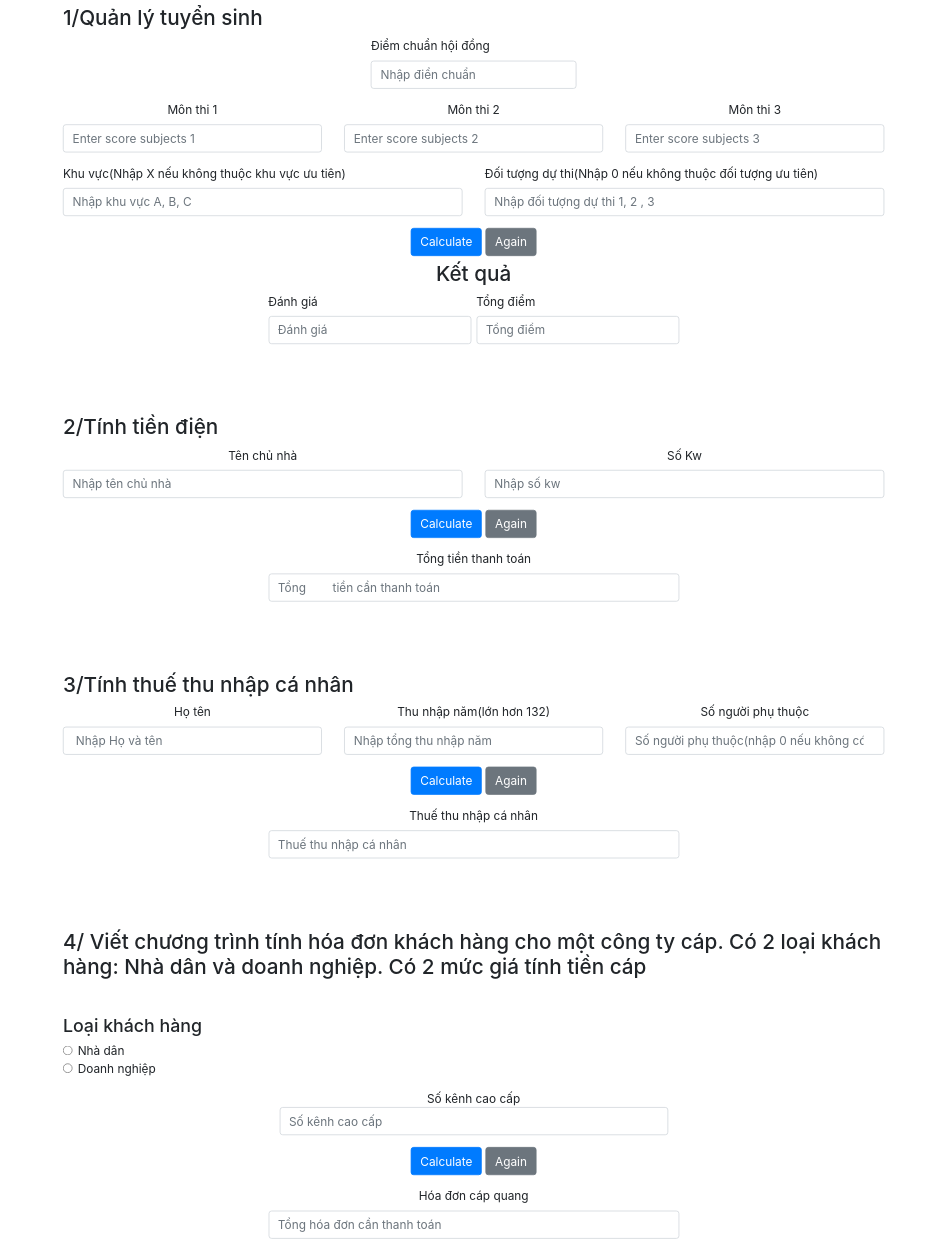
Repository: baobaodeveloper/bootcamp21__jsbasic4_HuynhAnhBao
Page: index.html
These files come from the project's save history. The page is drawn as it stood at one moment and after the next save; the edit follows.
The browser window is 1280 px wide. The pictures show the whole page, at 74% of full size.

Above is the page before, as saved 2022-03-13 23:58:06.

### index.html
<!DOCTYPE html>
<html lang="en">
  <head>
    <title>Exercise3</title>
    <!-- Required meta tags -->
    <meta charset="utf-8" />
    <meta
      name="viewport"
      content="width=device-width, initial-scale=1, shrink-to-fit=no"
    />

    <!-- Bootstrap CSS -->
    <link
      rel="stylesheet"
      href="https://stackpath.bootstrapcdn.com/bootstrap/4.3.1/css/bootstrap.min.css"
      integrity="sha384-ggOyR0iXCbMQv3Xipma34MD+dH/1fQ784/j6cY/iJTQUOhcWr7x9JvoRxT2MZw1T"
      crossorigin="anonymous"
    />
  </head>
  <body>
    <!-- 1/Quản lý tuyển sinh -->
    <div class="container mt-2">
      <h3>1/Quản lý tuyển sinh</h3>

      <div class="mb-3 w-25 m-auto">
        <label>Điểm chuẩn hội đồng</label>
        <input
          type="number"
          class="form-control"
          id="score"
          placeholder="Nhập điển chuẩn"
        />
      </div>

      <div class="row mt-3 text-center">
        <div class="col">
          <label>Môn thi 1</label>
          <input
            type="number"
            class="form-control"
            id="score1"
            placeholder="Enter score subjects 1"
          />
        </div>
        <div class="col">
          <label>Môn thi 2</label>
          <input
            type="number"
            class="form-control"
            id="score2"
            placeholder="Enter score subjects 2"
          />
        </div>
        <div class="col">
          <label>Môn thi 3</label>
          <input
            type="number"
            class="form-control"
            id="score3"
            placeholder="Enter score subjects 3"
          />
        </div>
      </div>

      <div class="row mt-3">
        <div class="col">
          <label>Khu vực(Nhập X nếu không thuộc khu vực ưu tiên)</label>
          <input
            type="text"
            class="form-control"
            placeholder="Nhập khu vực A, B, C"
            id="area"
          />
        </div>
        <div class="col">
          <label
            >Đối tượng dự thi(Nhập 0 nếu không thuộc đối tượng ưu tiên)</label
          >
          <input
            type="number"
            class="form-control"
            placeholder="Nhập đối tượng dự thi 1, 2 , 3"
            id="object"
          />
        </div>
      </div>

      <div class="text-center mt-3">
        <button type="button" class="btn btn-primary" id="scoreBtn">
          Calculate
        </button>
        <button type="button" class="btn btn-secondary" id="score-btn-again">
          Again
        </button>
      </div>

      <h3 class="text-center mt-2">Kết quả</h3>

      <div class="mb-3 w-50 d-flex m-auto justify-content-between">
        <div>
          <label>Đánh giá</label>
          <input
            type="email"
            class="form-control"
            placeholder="Đánh giá"
            id="evaluate"
          />
        </div>

        <div>
          <label>Tổng điểm</label>
          <input
            type="email"
            class="form-control"
            placeholder="Tổng điểm"
            id="total-score"
          />
        </div>
      </div>
    </div>

    <!-- 2/Tính tiền điện -->
    <div class="container mt-lg-5 pt-5">
      <h3>2/Tính tiền điện</h3>
      <div class="row text-center">
        <div class="col">
          <label class="form-label">Tên chủ nhà</label>
          <input
            type="text"
            class="form-control"
            id="host"
            placeholder="Nhập tên chủ nhà"
          />
        </div>
        <div class="col">
          <label class="form-label">Số Kw</label>
          <input
            type="number"
            id="number-kw"
            class="form-control"
            placeholder="Nhập số kw"
          />
        </div>
      </div>

      <div class="text-center mt-3">
        <button type="button" class="btn btn-primary" id="electricBill">
          Calculate
        </button>
        <button type="button" class="btn btn-secondary" id="electricbill-again">
          Again
        </button>
      </div>

      <div class="w-50 m-auto pt-3 text-center">
        <label class="form-label">Tổng tiền thanh toán</label>
        <input
          type="text"
          class="form-control"
          id="total-pay"
          placeholder="Tổng
        tiền cần thanh toán"
        />
      </div>
    </div>

    <!-- 3/Tính thuế thu nhập cá nhân -->
    <div class="container mt-lg-5 pt-5">
      <h3>3/Tính thuế thu nhập cá nhân</h3>
      <div class="row text-center">
        <div class="col">
          <label class="form-label">Họ tên</label>
          <input
            type="text"
            class="form-control"
            id="name"
            placeholder=" Nhập Họ và tên"
          />
        </div>
        <div class="col">
          <label class="form-label">Thu nhập năm(lớn hơn 132)</label>
          <input
            type="number"
            id="gross-pay"
            class="form-control"
            placeholder="Nhập tổng thu nhập năm"
          />
        </div>
        <div class="col">
          <label class="form-label">Số người phụ thuộc</label>
          <input
            type="number"
            id="number-people"
            class="form-control"
            placeholder="Số người phụ thuộc(nhập 0 nếu không có)"
          />
        </div>
      </div>

      <div class="text-center mt-3">
        <button type="button" class="btn btn-primary" id="personal-income-tax">
          Calculate
        </button>
        <button
          type="button"
          class="btn btn-secondary"
          id="personal-income-tax-again"
        >
          Again
        </button>
      </div>

      <div class="w-50 m-auto pt-3 text-center">
        <label class="form-label">Thuế thu nhập cá nhân</label>
        <input
          type="text"
          class="form-control"
          id="assessable-income"
          placeholder="Thuế thu nhập cá nhân"
        />
      </div>
    </div>

    <!-- 4/ Viết chương trình tính hóa đơn khách hàng cho một công ty cáp. Có 2 loại khách hàng:
    Nhà dân và doanh nghiệp. Có 2 mức giá tính tiền cáp-->
    <div class="container mt-5 pt-5">
      <h3>
        4/ Viết chương trình tính hóa đơn khách hàng cho một công ty cáp. Có 2
        loại khách hàng: Nhà dân và doanh nghiệp. Có 2 mức giá tính tiền cáp
      </h3>
      <h4 class="mt-5 mt-2">Loại khách hàng</h4>
      <div class="form-check">
        <input
          class="form-check-input"
          type="radio"
          name="flexRadioDefault"
          id="checkedPrivateHouse"
          value="private-house"
        />
        <label class="form-check-label" for="flexRadioDefault1">Nhà dân</label>
      </div>
      <div class="form-check">
        <input
          class="form-check-input"
          type="radio"
          name="flexRadioDefault"
          id="checkedBusiness"
          value="business"
        />
        <label class="form-check-label" for="flexRadioDefault2">
          Doanh nghiệp
        </label>
      </div>

      <div class="row pt-3 text-center w-50 m-auto">
        <div class="col d-none">
          <label class="form-check-label">Số kết nối</label>
          <input
            type="number"
            class="form-control"
            placeholder="Số kết nối"
            id="connected"
          />
        </div>
        <div class="col">
          <label class="form-check-label">Số kênh cao cấp</label>
          <input
            type="number"
            class="form-control"
            placeholder="Số kênh cao cấp"
            id="channel"
          />
        </div>
      </div>

      <div class="text-center mt-3">
        <button type="button" class="btn btn-primary" id="bill-internet-btn">
          Calculate
        </button>
        <button
          type="button"
          class="btn btn-secondary"
          id="bill-internet-btn-again"
        >
          Again
        </button>
      </div>

      <div class="w-50 m-auto pt-3 text-center">
        <label class="form-label">Hóa đơn cáp quang</label>
        <input
          type="text"
          class="form-control"
          id="bill"
          placeholder="Tổng hóa đơn cần thanh toán"
        />
      </div>
    </div>
    <!-- Optional JavaScript -->
    <!-- jQuery first, then Popper.js, then Bootstrap JS -->
    <script
      src="https://code.jquery.com/jquery-3.3.1.slim.min.js"
      integrity="sha384-q8i/X+965DzO0rT7abK41JStQIAqVgRVzpbzo5smXKp4YfRvH+8abtTE1Pi6jizo"
      crossorigin="anonymous"
    ></script>
    <script
      src="https://cdnjs.cloudflare.com/ajax/libs/popper.js/1.14.7/umd/popper.min.js"
      integrity="sha384-UO2eT0CpHqdSJQ6hJty5KVphtPhzWj9WO1clHTMGa3JDZwrnQq4sF86dIHNDz0W1"
      crossorigin="anonymous"
    ></script>
    <script
      src="https://stackpath.bootstrapcdn.com/bootstrap/4.3.1/js/bootstrap.min.js"
      integrity="sha384-JjSmVgyd0p3pXB1rRibZUAYoIIy6OrQ6VrjIEaFf/nJGzIxFDsf4x0xIM+B07jRM"
      crossorigin="anonymous"
    ></script>

    <!-- <script src="exercise1.js"></script> -->
    <!-- <script src="exercise2.js"></script> -->
    <!-- <script src="exercise3.js"></script> -->
    <script src="exercise4.js"></script>
  </body>
</html>

### exercise4.js
const calculatorBillInternet = document.getElementById("bill-internet-btn");
const calculatorBillInternetAgain = document.getElementById(
  "bill-internet-btn-again"
);
const connected = document.getElementById("connected");
const chanel = document.getElementById("channel");
const customerInput = document.querySelector(
  'input[name="flexRadioDefault"]:checked'
);
document
  .getElementById("checkedPrivateHouse")
  .addEventListener("change", () => {
    console.log("bb");
  });
document.getElementById("checkedBusiness").addEventListener("change", () => {
  console.log("aa");
});

calculatorBillInternet.addEventListener("click", () => {
  const customer = customerInput.value;
  if (!chanel) return;
  privateHouse(customer, +chanel.value, +connected.value);
});

const privateHouse = function (customer, numberChanel, numberConnected) {
  if (customer === "private-house") {
    return 4.5 + 20.5 + 7.5 * numberChanel;
  } else if (customer === "business") {
    connectedBusiness(numberConnected, numberChanel);
  }
};
function connectedBusiness(numberConected, numberChanel) {
  if (numberConected <= 10) {
    return 15 + 75 + 50 * numberChanel;
  } else if (numberConected > 10) {
    return 15 + 75 + (numberConected - 75) * 5 + 50 * numberChanel;
  }
}

After the next save:
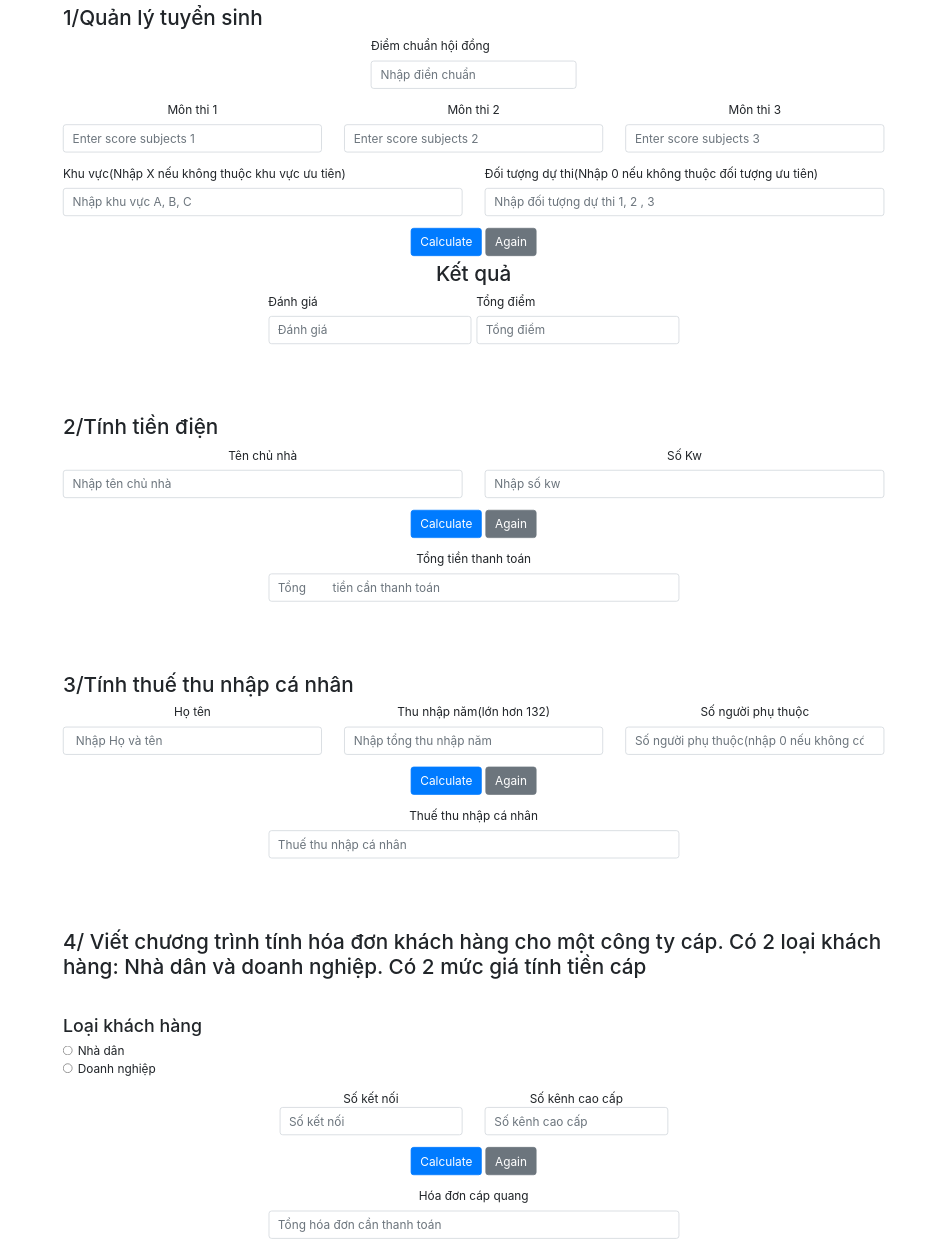
Saved 40 s later.
--- a/index.html
+++ b/index.html
@@ -253,7 +253,7 @@
       </div>
 
       <div class="row pt-3 text-center w-50 m-auto">
-        <div class="col d-none">
+        <div class="col">
           <label class="form-check-label">Số kết nối</label>
           <input
             type="number"
